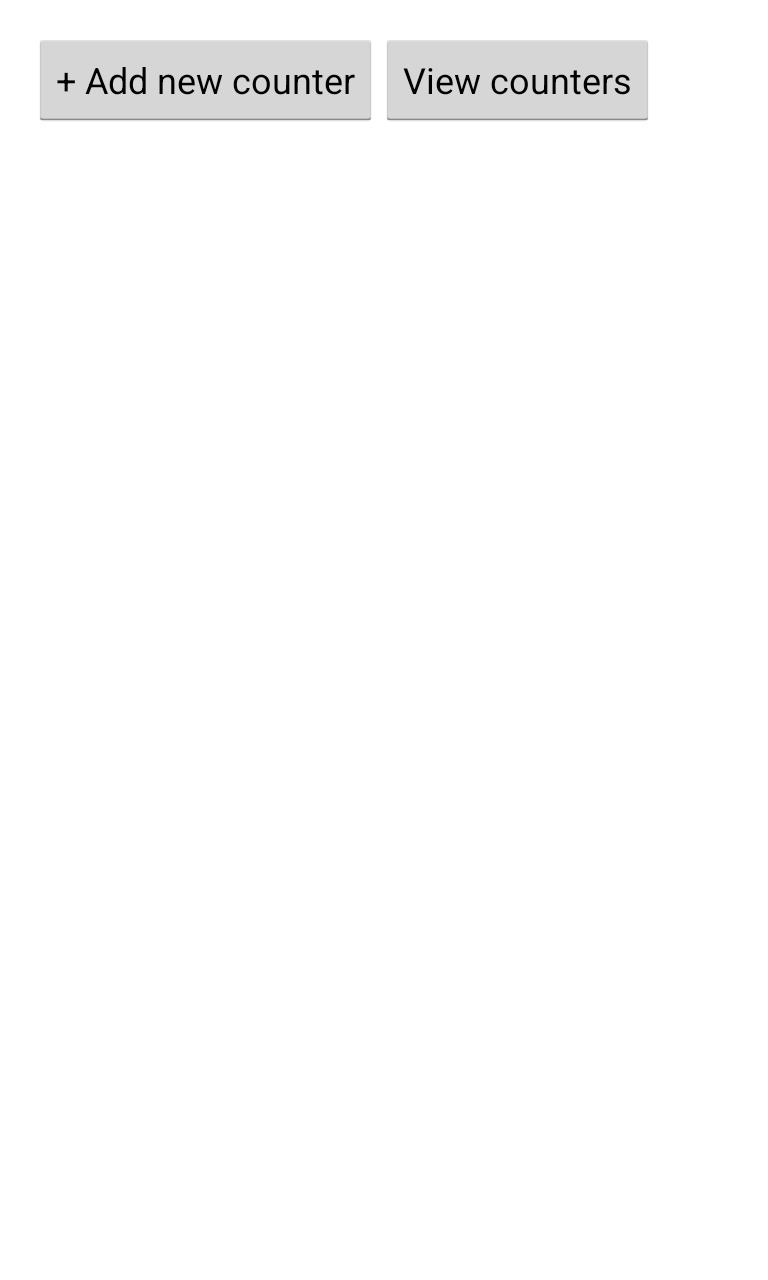
Repository: arweber1/CMPUT301_Assignment1
Layout: Assignment1/res/layout/activity_main.xml
An editor plug-in stored every save of this project. The layout is shown before and after the next save, followed by the edit.
It is drawn on a 768 x 1280 px phone screen (xhdpi) without system bars, with theme AppTheme; the app's code is not run. Lists and similar views that code fills are empty.

Above is the layout before, as saved 2014-01-18 13:50:34.

### Assignment1/res/layout/activity_main.xml
<RelativeLayout xmlns:android="http://schemas.android.com/apk/res/android"
    xmlns:tools="http://schemas.android.com/tools"
    android:layout_width="match_parent"
    android:layout_height="match_parent"
    android:paddingBottom="@dimen/activity_vertical_margin"
    android:paddingLeft="@dimen/activity_horizontal_margin"
    android:paddingRight="@dimen/activity_horizontal_margin"
    android:paddingTop="@dimen/activity_vertical_margin"
    tools:context=".MainActivity" >

    <TextView
        android:id="@+id/textView1"
        android:layout_width="wrap_content"
        android:layout_height="wrap_content" />

    <Button
        android:id="@+id/button1"
        android:layout_width="wrap_content"
        android:layout_height="wrap_content"
        android:layout_alignParentLeft="true"
        android:layout_alignParentTop="true"
        android:text="@string/add_counter" />

    <Button
        android:id="@+id/button2"
        android:layout_width="wrap_content"
        android:layout_height="wrap_content"
        android:layout_alignTop="@+id/button1"
        android:layout_toRightOf="@+id/button1"
        android:text="@string/view_counters" />

    <ListView
        android:id="@+id/listView1"
        android:layout_width="match_parent"
        android:layout_height="wrap_content"
        android:layout_alignParentLeft="true"
        android:layout_below="@+id/button2">

    </ListView>

</RelativeLayout>

### Assignment1/res/values/strings.xml
<?xml version="1.0" encoding="utf-8"?>
<resources>

    <string name="app_name">arweber-notes</string>
    <string name="action_settings">Settings</string>
    <string name="hello_world">Hello world!</string>
	<string name="add_counter">+ Add new counter</string>
	<string name="view_counters">View counters</string>
</resources>

Loaded but not shown: Assignment1/res/values/styles.xml (common file); Assignment1/res/values-v11/styles.xml (common file); Assignment1/res/values-v14/styles.xml (common file); Assignment1/res/values/dimens.xml (common file)

After the next save:
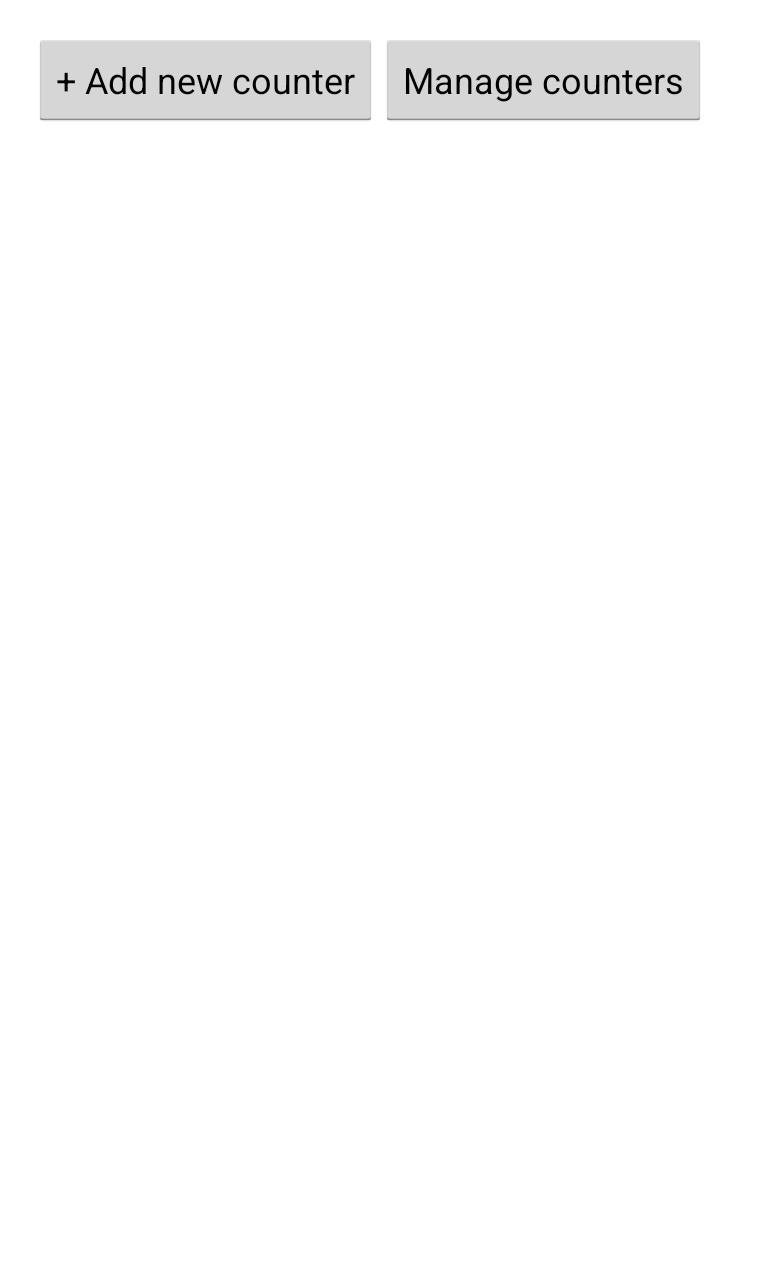
Saved 9 min 24 s later.
--- a/Assignment1/res/values/strings.xml
+++ b/Assignment1/res/values/strings.xml
@@ -5,5 +5,5 @@
     <string name="action_settings">Settings</string>
     <string name="hello_world">Hello world!</string>
 	<string name="add_counter">+ Add new counter</string>
-	<string name="view_counters">View counters</string>
+	<string name="view_counters">Manage counters</string>
 </resources>
